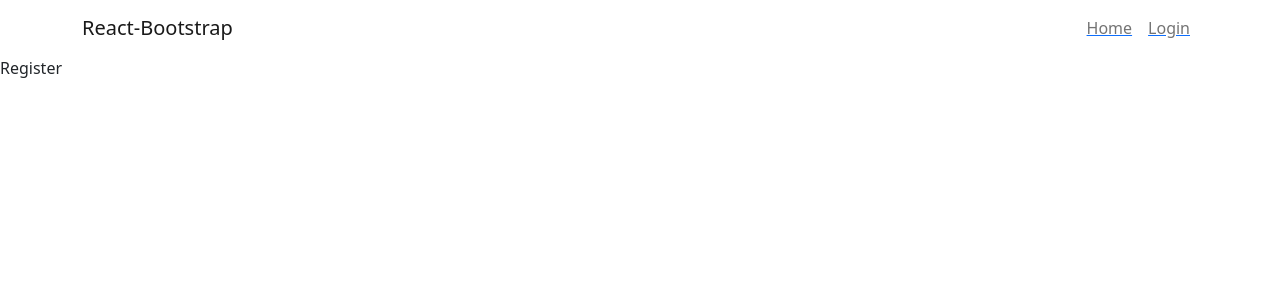
Repository: RubaHusam/MERN-Auth
Page: /register (app in frontend/)
These files come from the project's save history. The page is drawn as it stood at one moment and after the next save; the edit follows.
The browser window is 1280 px wide. The pictures show the whole page.
The project was rebuilt for these pictures with package versions that can differ from the ones it lists, and the page was loaded fresh each time.

Above is the page before, as saved 2023-01-27 18:06:51.

After the next save:
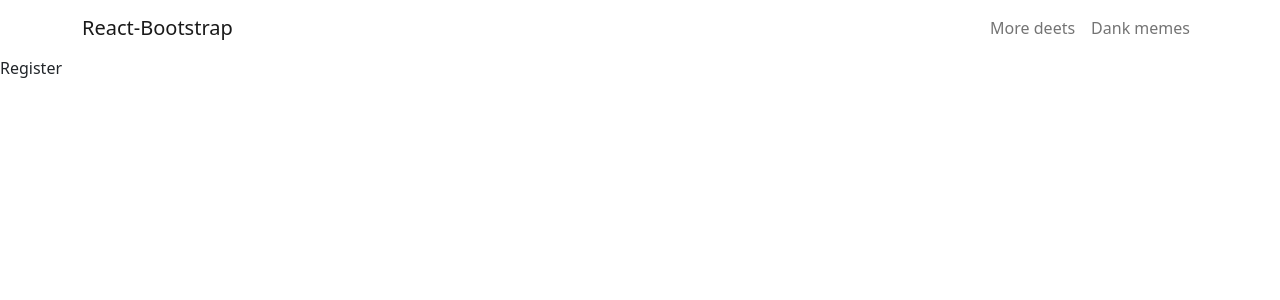
Saved 81 s later.
--- a/frontend/src/components/Layout/Header.js
+++ b/frontend/src/components/Layout/Header.js
@@ -16,14 +16,10 @@ export default function Header() {
                 justifyContent: 'right',
                 width: '100%',
               }}>
-              {' '}
-              <Link to='/'>
-                {' '}
-                <Nav.Link>Home</Nav.Link>
-              </Link>
-              <Link to='/login'>
-                <Nav.Link>Login</Nav.Link>
-              </Link>
+              <Nav.Link to='/'>More deets</Nav.Link>
+              <Nav.Link eventKey={2} href='#memes'>
+                Dank memes
+              </Nav.Link>
             </Nav>
           </Navbar.Collapse>
         </Container>
